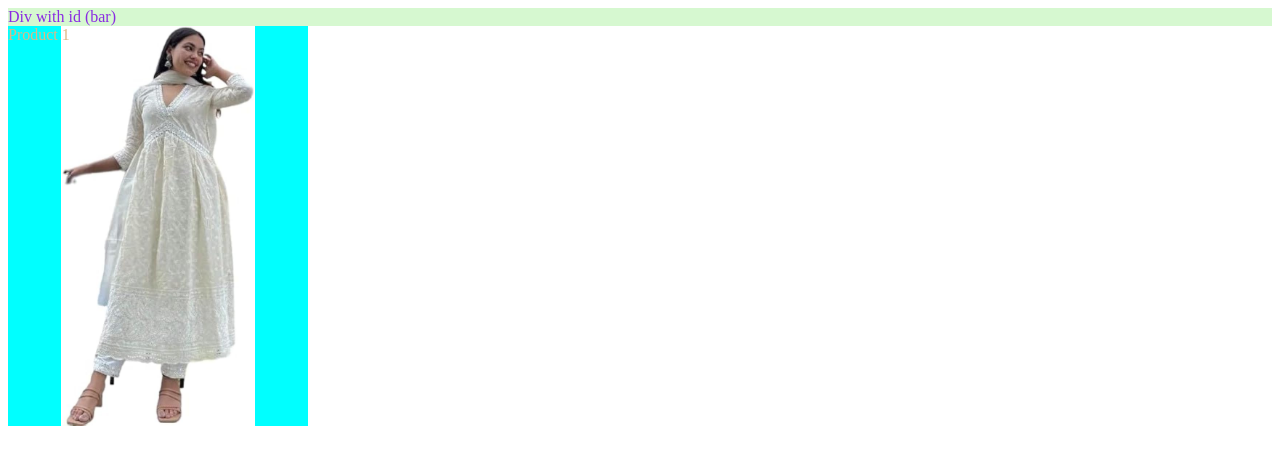
Repository: nihalani20/CSS-by-KG
Page: Practice set/index.html
An editor plug-in stored every save of this project. The page is shown before and after the next save, followed by the edit.
The browser window is 1280 px wide. The pictures show the whole page.

Above is the page before, as saved 2023-11-24 18:12:38.

### Practice set/index.html
<!DOCTYPE html>
<html lang="en">
<head>
    <meta charset="UTF-8">
    <meta name="viewport" content="width=device-width, initial-scale=1.0">
    <title>project css level2</title>
<style>

#bar
{

    background-color: rgba(50, 219, 20, 0.2);
    color:blueviolet
}
/* give height as it doesn't know where to start and end */
main{
    color:burlywood;
    height: 500px;
}
#product{
     height: 400px;
     width:300px;
    background-image: url(images/kurt\ image.jpg);
    background-position: center;
    background-repeat: no-repeat;
    background-size: contain;
     background-color: aqua;

    background: aqua url
}
</style>
</head>
<body>
    <header><div id="bar">Div with id (bar)</div></header>

    <main>
        <div id="product">Product 1</div>
    </main>




</body>
</html>

After the next save:
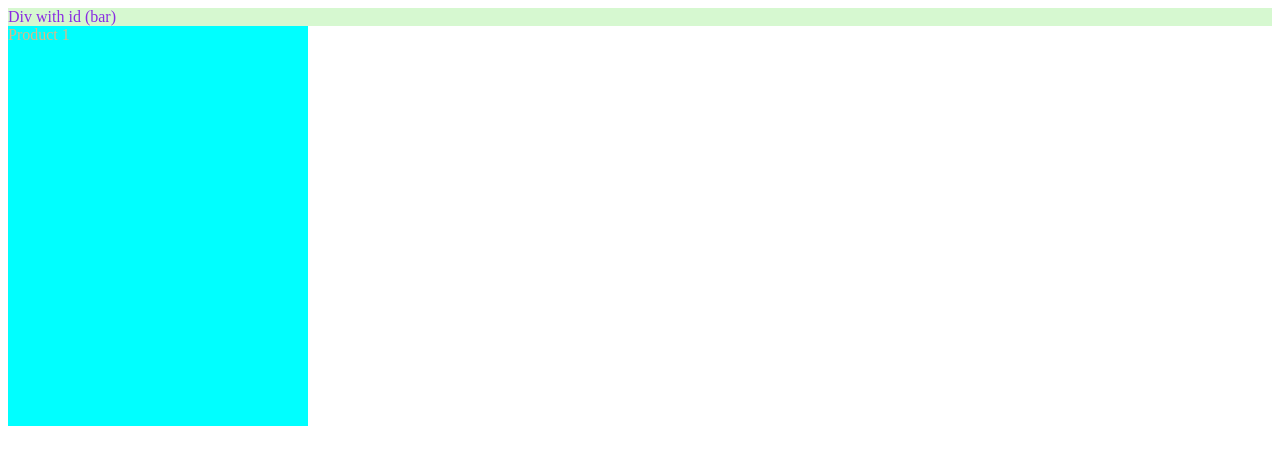
Saved 2 s later.
--- a/Practice set/index.html
+++ b/Practice set/index.html
@@ -26,7 +26,7 @@ main{
     background-size: contain;
      background-color: aqua;
 
-    background: aqua url
+    background: aqua url()
 }
 </style>
 </head>
